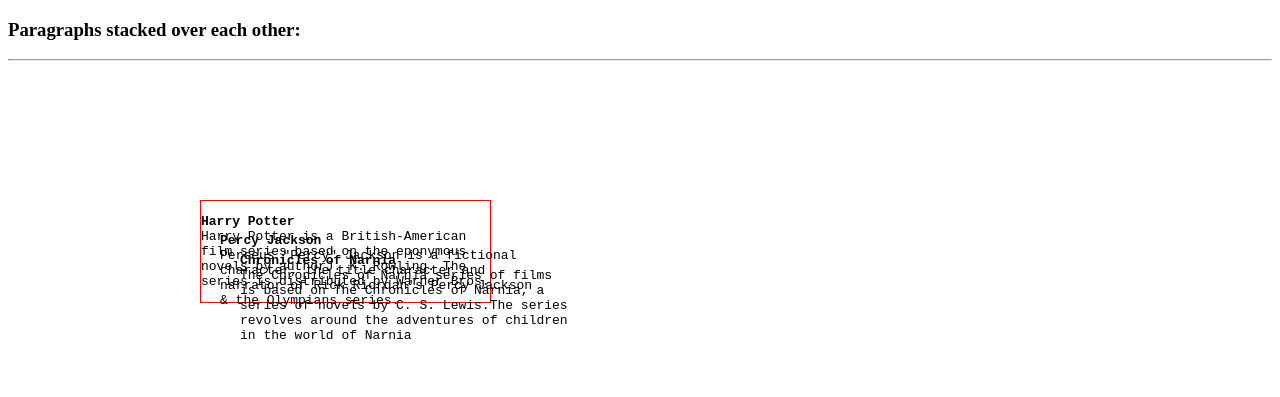
Repository: KrishnaSandeep79/WPS-Assignment
Page: WPS/WebContent/para.html
These files come from the project's save history. The page is drawn as it stood at one moment and after the next save; the edit follows.
The browser window is 1280 px wide. The pictures show the whole page.

Above is the page before, as saved 2019-08-24 05:46:23.

After the next save:
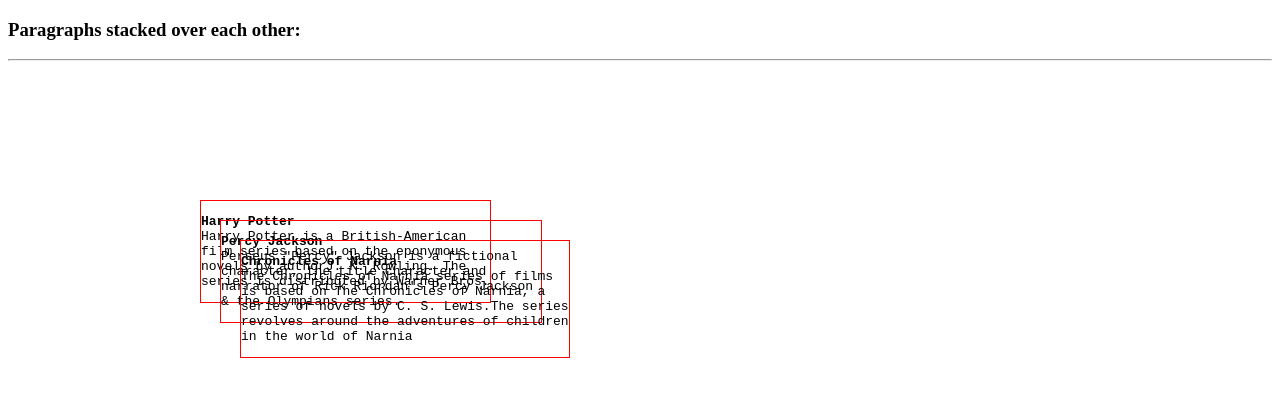
Saved 52 s later.
--- a/WPS/WebContent/para.html
+++ b/WPS/WebContent/para.html
@@ -12,10 +12,12 @@
 #second { position:absolute;
          top:220px;
          left:220px;
+         border:1px solid red
          }
 #third { position:absolute;
          top:240px;
          left:240px;
+         border:1px solid red
          }
 
 </style>
